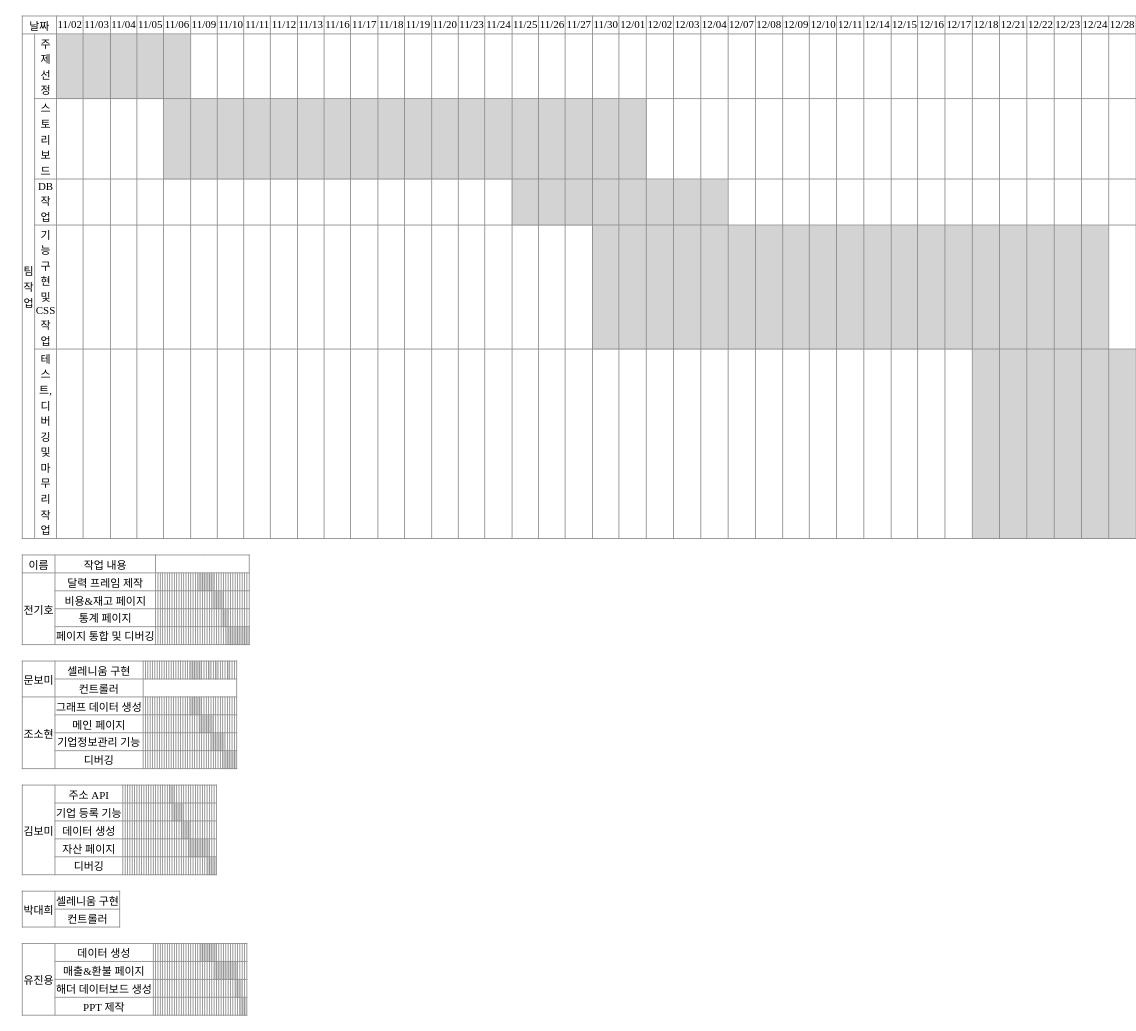
Repository: JEON-KIHO/finalProject
Page: http://localhost/ERP/WEB-INF/views/schedule.jsp
An editor plug-in stored every save of this project. The page is shown before and after the next save, followed by the edit.
The browser window is 1280 px wide. The page is 1457 px wide, so the pictures cover 1457 px, including what lies to the right of the window. The pictures show the whole page, at 78% of full size.
The page is served by Tomcat 9. Nobody is signed in. Other server files are loaded and not shown. The template is opened directly, without the code that normally fills it, so the values that code supplies are empty.

Above is the page before, as saved 2020-12-24 08:19:22.

### ERP/src/main/webapp/WEB-INF/views/schedule.jsp
<%@ page language="java" contentType="text/html; charset=UTF-8"
    pageEncoding="UTF-8"%>
<!DOCTYPE html PUBLIC "-//W3C//DTD HTML 4.01 Transitional//EN" "http://www.w3.org/TR/html4/loose.dtd">
<html>
<head>
<meta http-equiv="Content-Type" content="text/html; charset=UTF-8">
<title>Insert title here</title>
<style>
	table{font-size:14px; text-align:center; border-collapse:collapse; margin:20px;}
	.black {background:lightgray;}
</style>
</head>
<body>

<table border=1>

	<tr><td colspan=2>날짜</td><td>11/02</td><td>11/03</td><td>11/04</td><td>11/05</td><td>11/06</td>
	<td>11/09</td><td>11/10</td><td>11/11</td><td>11/12</td><td>11/13</td>
	<td>11/16</td><td>11/17</td><td>11/18</td><td>11/19</td><td>11/20</td>
	<td>11/23</td><td>11/24</td><td>11/25</td><td>11/26</td><td>11/27</td>
	<td>11/30</td><td>12/01</td><td>12/02</td><td>12/03</td><td>12/04</td>
	<td>12/07</td><td>12/08</td><td>12/09</td><td>12/10</td><td>12/11</td>
	<td>12/14</td><td>12/15</td><td>12/16</td><td>12/17</td><td>12/18</td>
	<td>12/21</td><td>12/22</td><td>12/23</td><td>12/24</td><td>12/28</td></tr>

	<tr><td rowspan=5>팀작업</td><td>주제 선정</td><td class="black"></td><td class="black"></td><td class="black"></td><td class="black"></td><td class="black"></td>
	<td class="white"></td><td class="white"></td><td class="white"></td><td class="white"></td><td class="white"></td>
	<td class="white"></td><td class="white"></td><td class="white"></td><td class="white"></td><td class="white"></td>
	<td class="white"></td><td class="white"></td><td class="white"></td><td class="white"></td><td class="white"></td>
	<td class="white"></td><td class="white"></td><td class="white"></td><td class="white"></td><td class="white"></td>
	<td class="white"></td><td class="white"></td><td class="white"></td><td class="white"></td><td class="white"></td>
	<td class="white"></td><td class="white"></td><td class="white"></td><td class="white"></td><td class="white"></td>
	<td class="white"></td><td class="white"></td><td class="white"></td><td class="white"></td><td class="white"></td></tr>

	<tr><td>스토리보드</td><td class="white"></td><td class="white"></td><td class="white"></td><td class="white"></td><td class="black"></td>
	<td class="black"></td><td class="black"></td><td class="black"></td><td class="black"></td><td class="black"></td>
	<td class="black"></td><td class="black"></td><td class="black"></td><td class="black"></td><td class="black"></td>
	<td class="black"></td><td class="black"></td><td class="black"></td><td class="black"></td><td class="black"></td>
	<td class="black"></td><td class="black"></td><td class="white"></td><td class="white"></td><td class="white"></td>
	<td class="white"></td><td class="white"></td><td class="white"></td><td class="white"></td><td class="white"></td>
	<td class="white"></td><td class="white"></td><td class="white"></td><td class="white"></td><td class="white"></td>
	<td class="white"></td><td class="white"></td><td class="white"></td><td class="white"></td><td class="white"></td></tr>

	<tr><td>DB 작업</td><td class="white"></td><td class="white"></td><td class="white"></td><td class="white"></td><td class="white"></td>
	<td class="white"></td><td class="white"></td><td class="white"></td><td class="white"></td><td class="white"></td>
	<td class="white"></td><td class="white"></td><td class="white"></td><td class="white"></td><td class="white"></td>
	<td class="white"></td><td class="white"></td><td class="black"></td><td class="black"></td><td class="black"></td>
	<td class="black"></td><td class="black"></td><td class="black"></td><td class="black"></td><td class="black"></td>
	<td class="white"></td><td class="white"></td><td class="white"></td><td class="white"></td><td class="white"></td>
	<td class="white"></td><td class="white"></td><td class="white"></td><td class="white"></td><td class="white"></td>
	<td class="white"></td><td class="white"></td><td class="white"></td><td class="white"></td><td class="white"></td></tr>

	<tr><td>기능구현 및 CSS작업</td><td class="white"></td><td class="white"></td><td class="white"></td><td class="white"></td><td class="white"></td>
	<td class="white"></td><td class="white"></td><td class="white"></td><td class="white"></td><td class="white"></td>
	<td class="white"></td><td class="white"></td><td class="white"></td><td class="white"></td><td class="white"></td>
	<td class="white"></td><td class="white"></td><td class="white"></td><td class="white"></td><td class="white"></td>
	<td class="black"></td><td class="black"></td><td class="black"></td><td class="black"></td><td class="black"></td>
	<td class="black"></td><td class="black"></td><td class="black"></td><td class="black"></td><td class="black"></td>
	<td class="black"></td><td class="black"></td><td class="black"></td><td class="black"></td><td class="black"></td>
	<td class="black"></td><td class="black"></td><td class="black"></td><td class="black"></td><td class="white"></td></tr>

	<tr><td>테스트, 디버깅 및 마무리작업</td><td class="white"></td><td class="white"></td><td class="white"></td><td class="white"></td><td class="white"></td>
	<td class="white"></td><td class="white"></td><td class="white"></td><td class="white"></td><td class="white"></td>
	<td class="white"></td><td class="white"></td><td class="white"></td><td class="white"></td><td class="white"></td>
	<td class="white"></td><td class="white"></td><td class="white"></td><td class="white"></td><td class="white"></td>
	<td class="white"></td><td class="white"></td><td class="white"></td><td class="white"></td><td class="white"></td>
	<td class="white"></td><td class="white"></td><td class="white"></td><td class="white"></td><td class="white"></td>
	<td class="white"></td><td class="white"></td><td class="white"></td><td class="white"></td><td class="black"></td>
	<td class="black"></td><td class="black"></td><td class="black"></td><td class="black"></td><td class="black"></td></tr>
	</table>
	<table border=1>
	<tr>
		<td>이름</td><td>작업 내용</td><td colspan=40></td>
	</tr>

	<tr><td rowspan=4>전기호</td><td>달력 프레임 제작</td><td class="white"></td><td class="white"></td><td class="white"></td><td class="white"></td><td class="white"></td>
	<td class="white"></td><td class="white"></td><td class="white"></td><td class="white"></td><td class="white"></td>
	<td class="white"></td><td class="white"></td><td class="white"></td><td class="white"></td><td class="white"></td>
	<td class="white"></td><td class="white"></td><td class="white"></td><td class="black"></td><td class="black"></td>
	<td class="black"></td><td class="black"></td><td class="black"></td><td class="black"></td><td class="black"></td>
	<td class="white"></td><td class="white"></td><td class="white"></td><td class="white"></td><td class="white"></td>
	<td class="white"></td><td class="white"></td><td class="white"></td><td class="white"></td><td class="white"></td>
	<td class="white"></td><td class="white"></td><td class="white"></td><td class="white"></td><td class="white"></td></tr>

	<tr><td>비용&재고 페이지</td><td class="white"></td><td class="white"></td><td class="white"></td><td class="white"></td><td class="white"></td>
	<td class="white"></td><td class="white"></td><td class="white"></td><td class="white"></td><td class="white"></td>
	<td class="white"></td><td class="white"></td><td class="white"></td><td class="white"></td><td class="white"></td>
	<td class="white"></td><td class="white"></td><td class="white"></td><td class="white"></td><td class="white"></td>
	<td class="white"></td><td class="white"></td><td class="white"></td><td class="white"></td><td class="black"></td>
	<td class="black"></td><td class="black"></td><td class="black"></td><td class="black"></td><td class="white"></td>
	<td class="white"></td><td class="white"></td><td class="white"></td><td class="white"></td><td class="white"></td>
	<td class="white"></td><td class="white"></td><td class="white"></td><td class="white"></td><td class="white"></td></tr>

	<tr><td>통계 페이지</td><td class="white"></td><td class="white"></td><td class="white"></td><td class="white"></td><td class="white"></td>
	<td class="white"></td><td class="white"></td><td class="white"></td><td class="white"></td><td class="white"></td>
	<td class="white"></td><td class="white"></td><td class="white"></td><td class="white"></td><td class="white"></td>
	<td class="white"></td><td class="white"></td><td class="white"></td><td class="white"></td><td class="white"></td>
	<td class="white"></td><td class="white"></td><td class="white"></td><td class="white"></td><td class="white"></td>
	<td class="white"></td><td class="white"></td><td class="white"></td><td class="black"></td><td class="black"></td>
	<td class="black"></td><td class="white"></td><td class="white"></td><td class="white"></td><td class="white"></td>
	<td class="white"></td><td class="white"></td><td class="white"></td><td class="white"></td><td class="white"></td></tr>

	<tr><td>페이지 통합 및 디버깅</td><td class="white"></td><td class="white"></td><td class="white"></td><td class="white"></td><td class="white"></td>
	<td class="white"></td><td class="white"></td><td class="white"></td><td class="white"></td><td class="white"></td>
	<td class="white"></td><td class="white"></td><td class="white"></td><td class="white"></td><td class="white"></td>
	<td class="white"></td><td class="white"></td><td class="white"></td><td class="white"></td><td class="white"></td>
	<td class="white"></td><td class="white"></td><td class="white"></td><td class="white"></td><td class="white"></td>
	<td class="white"></td><td class="white"></td><td class="white"></td><td class="white"></td><td class="white"></td>
	<td class="black"></td><td class="black"></td><td class="black"></td><td class="black"></td><td class="black"></td>
	<td class="black"></td><td class="black"></td><td class="black"></td><td class="black"></td><td class="black"></td></tr>

	</table>
	<table border=1>

	<tr><td rowspan=2>문보미</td><td>셀레니움 구현</td><td class="white"></td><td class="white"></td><td class="white"></td><td class="white"></td><td class="white"></td>
	<td class="white"></td><td class="white"></td><td class="white"></td><td class="white"></td><td class="white"></td>
	<td class="white"></td><td class="white"></td><td class="white"></td><td class="white"></td><td class="white"></td>
	<td class="white"></td><td class="white"></td><td class="white"></td><td class="white"></td><td class="white"></td>
	<td class="black"></td><td class="black"></td><td class="black"></td><td class="black"></td><td class="black"></td>
	<td class="white"></td><td class="white"></td><td class="white"></td><td class="black"></td><td class="white"></td>
	<td class="white"></td><td class="black"></td><td class="white"></td><td class="white"></td><td class="white"></td>
	<td class="white"></td><td class="black"></td><td class="white"></td><td class="white"></td><td class="white"></td></tr>
	<tr><td>컨트롤러</td></tr>

	<tr><td rowspan=4>조소현</td><td>그래프 데이터 생성</td><td class="white"></td><td class="white"></td><td class="white"></td><td class="white"></td><td class="white"></td>
	<td class="white"></td><td class="white"></td><td class="white"></td><td class="white"></td><td class="white"></td>
	<td class="white"></td><td class="white"></td><td class="white"></td><td class="white"></td><td class="white"></td>
	<td class="white"></td><td class="white"></td><td class="white"></td><td class="white"></td><td class="white"></td>
	<td class="black"></td><td class="black"></td><td class="black"></td><td class="black"></td><td class="black"></td>
	<td class="white"></td><td class="white"></td><td class="white"></td><td class="white"></td><td class="white"></td>
	<td class="white"></td><td class="white"></td><td class="white"></td><td class="white"></td><td class="white"></td>
	<td class="white"></td><td class="white"></td><td class="white"></td><td class="white"></td><td class="white"></td></tr>

	<tr><td>메인 페이지</td><td class="white"></td><td class="white"></td><td class="white"></td><td class="white"></td><td class="white"></td>
	<td class="white"></td><td class="white"></td><td class="white"></td><td class="white"></td><td class="white"></td>
	<td class="white"></td><td class="white"></td><td class="white"></td><td class="white"></td><td class="white"></td>
	<td class="white"></td><td class="white"></td><td class="white"></td><td class="white"></td><td class="white"></td>
	<td class="white"></td><td class="white"></td><td class="white"></td><td class="white"></td><td class="black"></td>
	<td class="black"></td><td class="black"></td><td class="black"></td><td class="black"></td><td class="black"></td>
	<td class="white"></td><td class="white"></td><td class="white"></td><td class="white"></td><td class="white"></td>
	<td class="white"></td><td class="white"></td><td class="white"></td><td class="white"></td><td class="white"></td></tr>

	<tr><td>기업정보관리 기능</td><td class="white"></td><td class="white"></td><td class="white"></td><td class="white"></td><td class="white"></td>
	<td class="white"></td><td class="white"></td><td class="white"></td><td class="white"></td><td class="white"></td>
	<td class="white"></td><td class="white"></td><td class="white"></td><td class="white"></td><td class="white"></td>
	<td class="white"></td><td class="white"></td><td class="white"></td><td class="white"></td><td class="white"></td>
	<td class="white"></td><td class="white"></td><td class="white"></td><td class="white"></td><td class="white"></td>
	<td class="white"></td><td class="white"></td><td class="white"></td><td class="white"></td><td class="black"></td>
	<td class="black"></td><td class="black"></td><td class="black"></td><td class="black"></td><td class="black"></td>
	<td class="white"></td><td class="white"></td><td class="white"></td><td class="white"></td><td class="white"></td></tr>

	<tr><td>디버깅</td><td class="white"></td><td class="white"></td><td class="white"></td><td class="white"></td><td class="white"></td>
	<td class="white"></td><td class="white"></td><td class="white"></td><td class="white"></td><td class="white"></td>
	<td class="white"></td><td class="white"></td><td class="white"></td><td class="white"></td><td class="white"></td>
	<td class="white"></td><td class="white"></td><td class="white"></td><td class="white"></td><td class="white"></td>
	<td class="white"></td><td class="white"></td><td class="white"></td><td class="white"></td><td class="white"></td>
	<td class="white"></td><td class="white"></td><td class="white"></td><td class="white"></td><td class="white"></td>
	<td class="white"></td><td class="white"></td><td class="white"></td><td class="white"></td><td class="black"></td>
	<td class="black"></td><td class="black"></td><td class="black"></td><td class="black"></td><td class="black"></td></tr>

	</table>
	<table border=1>

	<tr><td rowspan=5>김보미</td><td>주소 API</td><td class="white"></td><td class="white"></td><td class="white"></td><td class="white"></td><td class="white"></td>
	<td class="white"></td><td class="white"></td><td class="white"></td><td class="white"></td><td class="white"></td>
	<td class="white"></td><td class="white"></td><td class="white"></td><td class="white"></td><td class="white"></td>
	<td class="white"></td><td class="white"></td><td class="white"></td><td class="white"></td><td class="white"></td>
	<td class="black"></td><td class="black"></td><td class="white"></td><td class="white"></td><td class="white"></td>
	<td class="white"></td><td class="white"></td><td class="white"></td><td class="white"></td><td class="white"></td>
	<td class="white"></td><td class="white"></td><td class="white"></td><td class="white"></td><td class="white"></td>
	<td class="white"></td><td class="white"></td><td class="white"></td><td class="white"></td><td class="white"></td></tr>

	<tr><td>기업 등록 기능</td><td class="white"></td><td class="white"></td><td class="white"></td><td class="white"></td><td class="white"></td>
	<td class="white"></td><td class="white"></td><td class="white"></td><td class="white"></td><td class="white"></td>
	<td class="white"></td><td class="white"></td><td class="white"></td><td class="white"></td><td class="white"></td>
	<td class="white"></td><td class="white"></td><td class="white"></td><td class="white"></td><td class="white"></td>
	<td class="white"></td><td class="black"></td><td class="black"></td><td class="black"></td><td class="black"></td>
	<td class="black"></td><td class="white"></td><td class="white"></td><td class="white"></td><td class="white"></td>
	<td class="white"></td><td class="white"></td><td class="white"></td><td class="white"></td><td class="white"></td>
	<td class="white"></td><td class="white"></td><td class="white"></td><td class="white"></td><td class="white"></td></tr>

	<tr><td>데이터 생성</td><td class="white"></td><td class="white"></td><td class="white"></td><td class="white"></td><td class="white"></td>
	<td class="white"></td><td class="white"></td><td class="white"></td><td class="white"></td><td class="white"></td>
	<td class="white"></td><td class="white"></td><td class="white"></td><td class="white"></td><td class="white"></td>
	<td class="white"></td><td class="white"></td><td class="white"></td><td class="white"></td><td class="white"></td>
	<td class="white"></td><td class="white"></td><td class="white"></td><td class="white"></td><td class="white"></td>
	<td class="black"></td><td class="black"></td><td class="black"></td><td class="black"></td><td class="white"></td>
	<td class="white"></td><td class="white"></td><td class="white"></td><td class="white"></td><td class="white"></td>
	<td class="white"></td><td class="white"></td><td class="white"></td><td class="white"></td><td class="white"></td></tr>

	<tr><td>자산 페이지</td><td class="white"></td><td class="white"></td><td class="white"></td><td class="white"></td><td class="white"></td>
	<td class="white"></td><td class="white"></td><td class="white"></td><td class="white"></td><td class="white"></td>
	<td class="white"></td><td class="white"></td><td class="white"></td><td class="white"></td><td class="white"></td>
	<td class="white"></td><td class="white"></td><td class="white"></td><td class="white"></td><td class="white"></td>
	<td class="white"></td><td class="white"></td><td class="white"></td><td class="white"></td><td class="white"></td>
	<td class="white"></td><td class="white"></td><td class="white"></td><td class="black"></td><td class="black"></td>
	<td class="black"></td><td class="black"></td><td class="black"></td><td class="black"></td><td class="black"></td>
	<td class="black"></td><td class="black"></td><td class="white"></td><td class="white"></td><td class="white"></td></tr>

	<tr><td>디버깅</td><td class="white"></td><td class="white"></td><td class="white"></td><td class="white"></td><td class="white"></td>
	<td class="white"></td><td class="white"></td><td class="white"></td><td class="white"></td><td class="white"></td>
	<td class="white"></td><td class="white"></td><td class="white"></td><td class="white"></td><td class="white"></td>
	<td class="white"></td><td class="white"></td><td class="white"></td><td class="white"></td><td class="white"></td>
	<td class="white"></td><td class="white"></td><td class="white"></td><td class="white"></td><td class="white"></td>
	<td class="white"></td><td class="white"></td><td class="white"></td><td class="white"></td><td class="white"></td>
	<td class="white"></td><td class="white"></td><td class="white"></td><td class="white"></td><td class="white"></td>
	<td class="white"></td><td class="black"></td><td class="black"></td><td class="black"></td><td class="black"></td></tr>

	</table>
	<table border=1>

	<tr><td rowspan=2>박대희</td><td>셀레니움 구현</td></tr>
	<tr><td>컨트롤러</td></tr>

	</table>
	<table border=1>

	<tr><td rowspan=4>유진용</td><td>데이터 생성</td><td class="white"></td><td class="white"></td><td class="white"></td><td class="white"></td><td class="white"></td>
	<td class="white"></td><td class="white"></td><td class="white"></td><td class="white"></td><td class="white"></td>
	<td class="white"></td><td class="white"></td><td class="white"></td><td class="white"></td><td class="white"></td>
	<td class="white"></td><td class="white"></td><td class="white"></td><td class="white"></td><td class="white"></td>
	<td class="black"></td><td class="black"></td><td class="black"></td><td class="black"></td><td class="black"></td>
	<td class="black"></td><td class="black"></td><td class="white"></td><td class="white"></td><td class="white"></td>
	<td class="white"></td><td class="white"></td><td class="white"></td><td class="white"></td><td class="white"></td>
	<td class="white"></td><td class="white"></td><td class="white"></td><td class="white"></td><td class="white"></td></tr>

	<tr><td>매출&환불 페이지</td><td class="white"></td><td class="white"></td><td class="white"></td><td class="white"></td><td class="white"></td>
	<td class="white"></td><td class="white"></td><td class="white"></td><td class="white"></td><td class="white"></td>
	<td class="white"></td><td class="white"></td><td class="white"></td><td class="white"></td><td class="white"></td>
	<td class="white"></td><td class="white"></td><td class="white"></td><td class="white"></td><td class="white"></td>
	<td class="white"></td><td class="white"></td><td class="white"></td><td class="white"></td><td class="white"></td>
	<td class="white"></td><td class="black"></td><td class="black"></td><td class="black"></td><td class="black"></td>
	<td class="black"></td><td class="black"></td><td class="black"></td><td class="black"></td><td class="black"></td>
	<td class="black"></td><td class="white"></td><td class="white"></td><td class="white"></td><td class="white"></td></tr>

	<tr><td>해더 데이터보드 생성</td><td class="white"></td><td class="white"></td><td class="white"></td><td class="white"></td><td class="white"></td>
	<td class="white"></td><td class="white"></td><td class="white"></td><td class="white"></td><td class="white"></td>
	<td class="white"></td><td class="white"></td><td class="white"></td><td class="white"></td><td class="white"></td>
	<td class="white"></td><td class="white"></td><td class="white"></td><td class="white"></td><td class="white"></td>
	<td class="white"></td><td class="white"></td><td class="white"></td><td class="white"></td><td class="white"></td>
	<td class="white"></td><td class="white"></td><td class="white"></td><td class="white"></td><td class="white"></td>
	<td class="white"></td><td class="white"></td><td class="white"></td><td class="white"></td><td class="white"></td>
	<td class="black"></td><td class="black"></td><td class="black"></td><td class="white"></td><td class="white"></td></tr>

	<tr><td>PPT 제작</td><td class="white"></td><td class="white"></td><td class="white"></td><td class="white"></td><td class="white"></td>
	<td class="white"></td><td class="white"></td><td class="white"></td><td class="white"></td><td class="white"></td>
	<td class="white"></td><td class="white"></td><td class="white"></td><td class="white"></td><td class="white"></td>
	<td class="white"></td><td class="white"></td><td class="white"></td><td class="white"></td><td class="white"></td>
	<td class="white"></td><td class="white"></td><td class="white"></td><td class="white"></td><td class="white"></td>
	<td class="white"></td><td class="white"></td><td class="white"></td><td class="white"></td><td class="white"></td>
	<td class="white"></td><td class="white"></td><td class="white"></td><td class="white"></td><td class="white"></td>
	<td class="white"></td><td class="white"></td><td class="black"></td><td class="black"></td><td class="black"></td></tr>
</table>



</body>
</html>

After the next save:
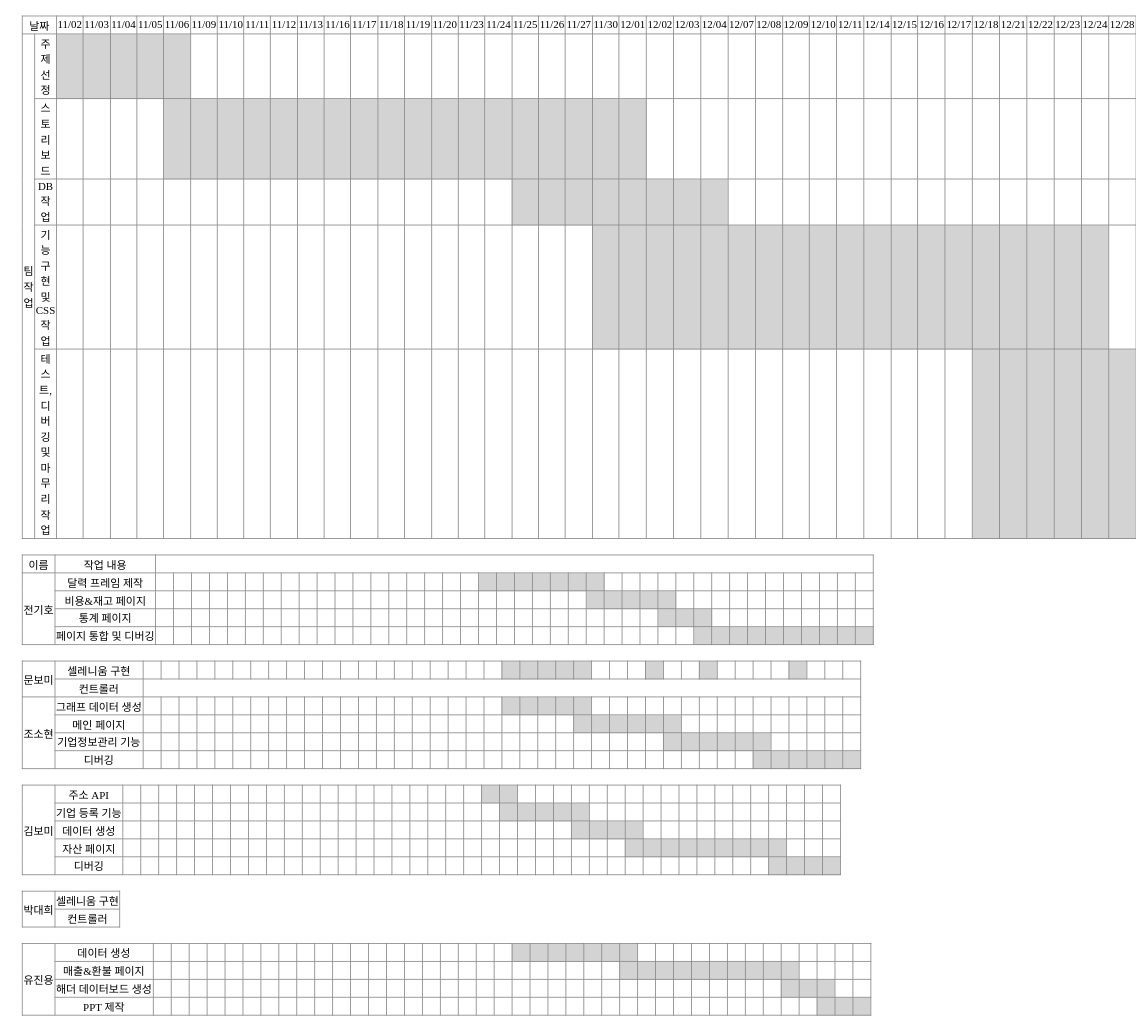
Saved 45 s later.
--- a/ERP/src/main/webapp/WEB-INF/views/schedule.jsp
+++ b/ERP/src/main/webapp/WEB-INF/views/schedule.jsp
@@ -8,6 +8,7 @@
 <style>
 	table{font-size:14px; text-align:center; border-collapse:collapse; margin:20px;}
 	.black {background:lightgray;}
+	.black, .white {width:20px;}
 </style>
 </head>
 <body>
